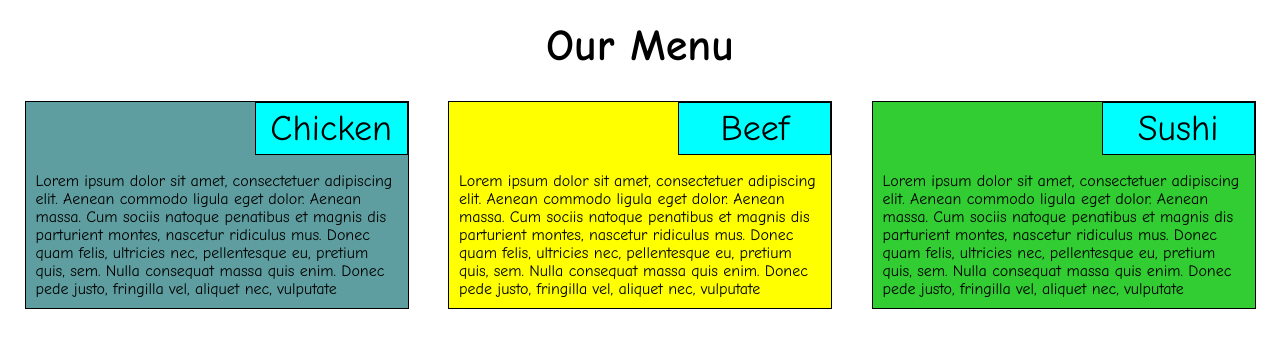
Repository: Normandy72/module2-solution
Page: index.html
These files come from the project's save history. The page is drawn as it stood at one moment and after the next save; the edit follows.
The browser window is 1280 px wide. The pictures show the whole page.

Above is the page before, as saved 2022-12-05 15:16:04.

### index.html
<!DOCTYPE html>
<html lang="en">
<head>
    <meta charset="UTF-8">
    <meta http-equiv="X-UA-Compatible" content="IE=edge">
    <meta name="viewport" content="width=device-width, initial-scale=1.0">
    <title>Our menu</title>
    <link href="https://fonts.googleapis.com/css2?family=Comic+Neue:ital,wght@0,300;0,400;0,700;1,300;1,400;1,700&family=Roboto:ital,wght@0,100;0,300;0,400;0,500;0,700;0,900;1,100;1,300;1,400;1,500;1,700;1,900&display=swap" rel="stylesheet">
    <link rel="stylesheet" href="styles/style.css">
</head>
<body>
    <h1>Our Menu</h1>
    <div class="wrapper">
        <div class="card">
            <div class="card__name">Chicken</div>
            <p class="card__text">Lorem ipsum dolor sit amet, consectetuer adipiscing elit. Aenean commodo ligula eget dolor. Aenean massa. Cum sociis natoque penatibus et magnis dis parturient montes, nascetur ridiculus mus. Donec quam felis, ultricies nec, pellentesque eu, pretium quis, sem. Nulla consequat massa quis enim. Donec pede justo, fringilla vel, aliquet nec, vulputate</p>
        </div>
        <div class="card">
            <div class="card__name">Beef</div>
            <p class="card__text">Lorem ipsum dolor sit amet, consectetuer adipiscing elit. Aenean commodo ligula eget dolor. Aenean massa. Cum sociis natoque penatibus et magnis dis parturient montes, nascetur ridiculus mus. Donec quam felis, ultricies nec, pellentesque eu, pretium quis, sem. Nulla consequat massa quis enim. Donec pede justo, fringilla vel, aliquet nec, vulputate</p>
        </div>
        <div class="card">
            <div class="card__name">Sushi</div>
            <p class="card__text">Lorem ipsum dolor sit amet, consectetuer adipiscing elit. Aenean commodo ligula eget dolor. Aenean massa. Cum sociis natoque penatibus et magnis dis parturient montes, nascetur ridiculus mus. Donec quam felis, ultricies nec, pellentesque eu, pretium quis, sem. Nulla consequat massa quis enim. Donec pede justo, fringilla vel, aliquet nec, vulputate</p>
        </div>
    </div>
</body>
</html>

### styles/style.css
*{
    font-family: 'Comic Neue', cursive;
    font-size: 10px;

    margin: 0;
    padding: 0;
    box-sizing: border-box;
}

h1{
    font-size: 4.4rem;
    text-align: center;

    padding-top: 20px;
    padding-bottom: 30px;
}

.wrapper{
    display: flex;
    justify-content: space-evenly;
}

.card{
    width: 30%;
    margin: 0 15px 30px;
    position: relative;
    border: 1px solid black;
}

.card__name{
    border: 1px solid black;
    font-size: 3.6rem;
    padding: 5px;
    text-align: center;
    width: 40%;
    position: absolute;
    top: 0;
    right: 0;
}

.card__text{
    font-size: 1.6rem;
    padding: 70px 10px 10px;
}

.card:nth-child(1){
    background-color: cadetblue;
}

.card:nth-child(2){
    background-color: yellow;
}

.card:nth-child(3){
    background-color: limegreen;
}

.card__name:nth-child(1){
    background-color: aqua;
}

.card__name:nth-child(2){
    background-color: beige;
}

After the next save:
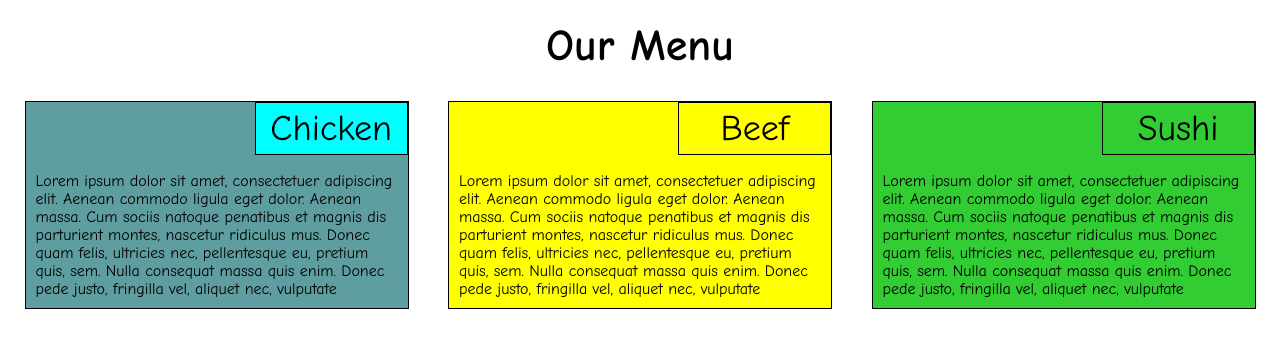
Saved 45 s later.
--- a/styles/style.css
+++ b/styles/style.css
@@ -55,10 +55,6 @@ h1{
     background-color: limegreen;
 }
 
-.card__name:nth-child(1){
+.card:nth-child(1) .card__name{
     background-color: aqua;
 }
-
-.card__name:nth-child(2){
-    background-color: beige;
-}
